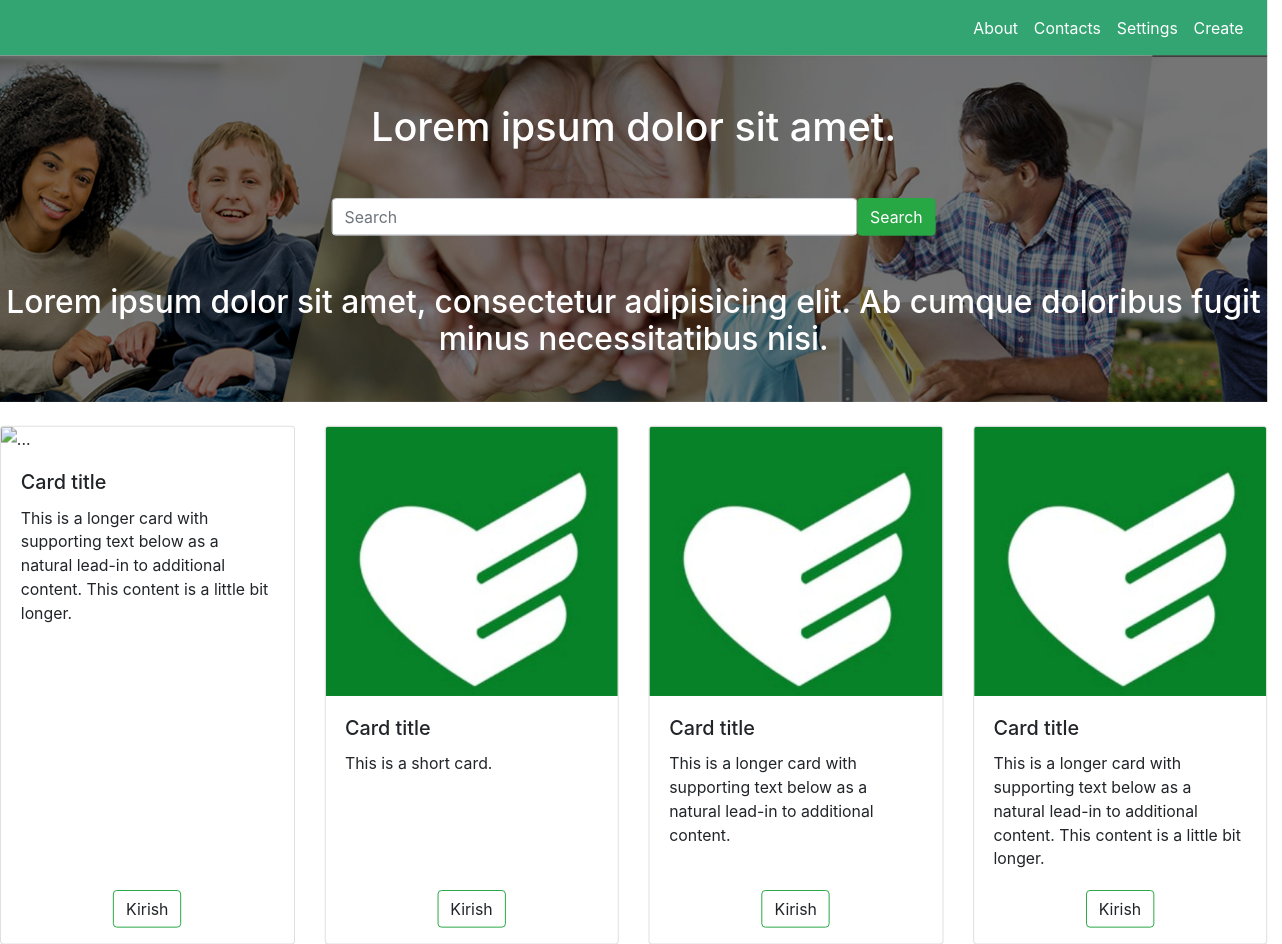
Repository: abduvali-aminov/fond
Page: http://localhost/main
The author's editor kept a copy of each file at every save. The page is drawn from the files as they stood at one save, then again after the next save.
The browser window is 1280 px wide. The page is 1295 px wide, so the pictures cover 1295 px, including what lies to the right of the window. The pictures show the whole page, at 99% of full size.
The page is served by the project's Laravel application, run on PHP 8.4 with Laravel 8.

Above is the page before, as saved 2021-01-18 13:34:03.

After the next save:
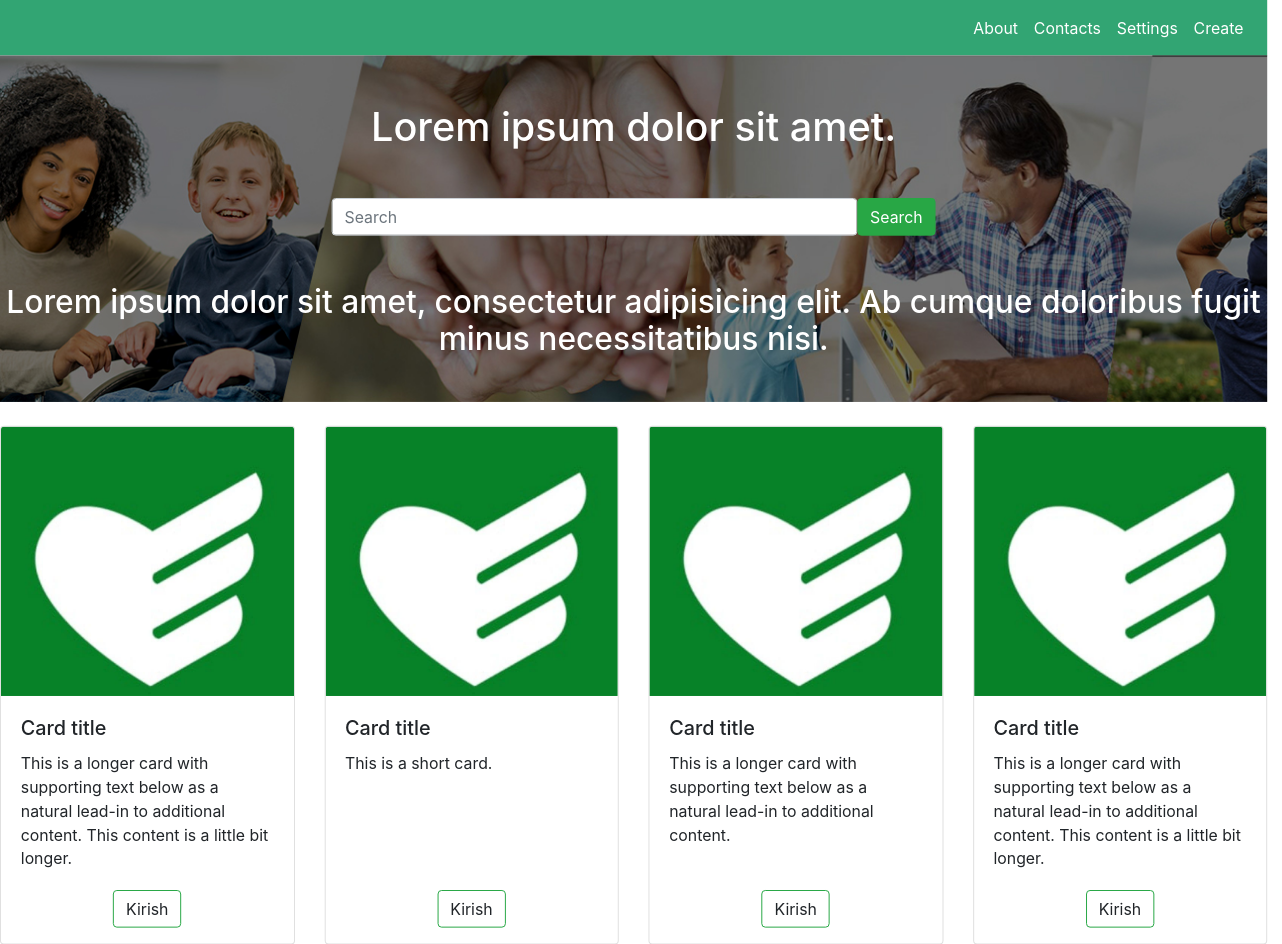
Saved 8 s later.
--- a/resources/views/main/index.blade.php
+++ b/resources/views/main/index.blade.php
@@ -17,8 +17,7 @@
     <div class="row row-cols-1 mt-4 row-cols-md-4 g-4">
         <div class="col">
             <div class="card h-100">
-                <img src="logo/photo.jpg" class="card-img-top" alt="...">
-                <div class="card-body">
+                <img src="{{ asset('/images/photo.jpg') }}" class="card-img-top" alt="...">                <div class="card-body">
                     <h5 class="card-title">Card title</h5>
                     <p class="card-text">This is a longer card with supporting text below as a natural lead-in to
                         additional content. This content is a little bit longer.</p>
